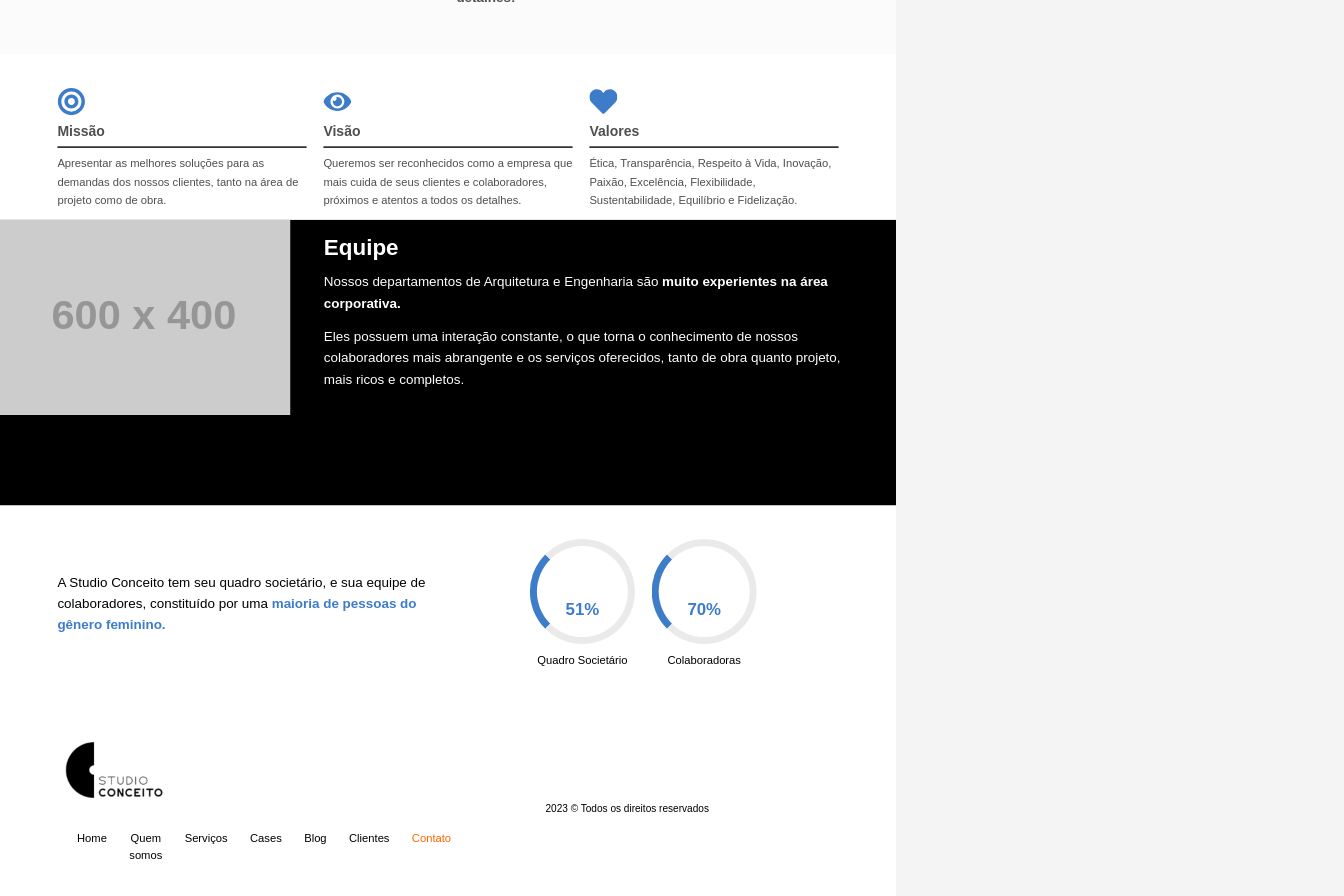
Repository: Upstairs-Agencia/studio-conceito-react
Page: /quem-somos
These files come from the project's save history. The page is drawn as it stood at one moment and after the next save; the edit follows.
The browser window is 1280 px wide. The page is 1920 px wide, so the pictures cover 1920 px, including what lies to the right of the window. The pictures show the part of the page from y = 2083 to 3363 px (the page is 3363 px tall), at 70% of full size.
The project was rebuilt for these pictures with package versions that can differ from the ones it lists, and the page was loaded fresh each time. Also part of the build but not shown: src/pages/Home.js, src/pages/Servicos.js, src/styles/cases.css, src/pages/Cases.js, src/pages/Blog.js, src/pages/Clientes.js, src/pages/Contato.js.

Above is the page before, as saved 2024-12-29 12:49:35.

### public/index.html
<!DOCTYPE html>
<html lang="en">
  <head>
    <meta charset="utf-8" />
    <link rel="icon" href="%PUBLIC_URL%/favicon.ico" />
    <meta name="viewport" content="width=device-width, initial-scale=1" />
    <meta name="theme-color" content="#000000" />
    <meta
      name="description"
      content="Web site created using create-react-app"
    />
    <link rel="apple-touch-icon" href="%PUBLIC_URL%/logo192.png" />
    <!--
      manifest.json provides metadata used when your web app is installed on a
      user's mobile device or desktop. See https://developers.google.com/web/fundamentals/web-app-manifest/
    -->
    <link rel="manifest" href="%PUBLIC_URL%/manifest.json" />
    <!--
      Notice the use of %PUBLIC_URL% in the tags above.
      It will be replaced with the URL of the `public` folder during the build.
      Only files inside the `public` folder can be referenced from the HTML.

      Unlike "/favicon.ico" or "favicon.ico", "%PUBLIC_URL%/favicon.ico" will
      work correctly both with client-side routing and a non-root public URL.
      Learn how to configure a non-root public URL by running `npm run build`.
    -->
    <title>Studio Conceito</title>
  </head>
  <body>
    <noscript>You need to enable JavaScript to run this app.</noscript>
    <div id="root"></div>
    <!--
      This HTML file is a template.
      If you open it directly in the browser, you will see an empty page.

      You can add webfonts, meta tags, or analytics to this file.
      The build step will place the bundled scripts into the <body> tag.

      To begin the development, run `npm start` or `yarn start`.
      To create a production bundle, use `npm run build` or `yarn build`.
    -->
  </body>
</html>

### src/index.js

import React from 'react';
import ReactDOM from 'react-dom';
import App from './App';
import 'mdb-react-ui-kit/dist/css/mdb.min.css'; // MDB styles
import './index.css'; // Global styles

ReactDOM.render(
  <React.StrictMode>
    <App />
  </React.StrictMode>,
  document.getElementById('root')
);

### src/App.js

import React from 'react';
import { BrowserRouter as Router, Routes, Route } from 'react-router-dom';
import Home from './pages/Home';
import QuemSomos from './pages/QuemSomos';
import Servicos from './pages/Servicos';
import Cases from './pages/Cases';
import Blog from './pages/Blog';
import Clientes from './pages/Clientes';
import Contato from './pages/Contato';

function App() {
  return (
    <Router>
      <Routes>
        <Route path="/" element={<Home />} />
        <Route path="/quem-somos" element={<QuemSomos />} />
        <Route path="/servicos" element={<Servicos />} />
        <Route path="/cases" element={<Cases />} />
        <Route path="/blog" element={<Blog />} />
        <Route path="/clientes" element={<Clientes />} />
        <Route path="/contato" element={<Contato />} />
      </Routes>
    </Router>
  );
}

export default App;

### src/index.css

body {
  margin: 0;
  font-family: Arial, sans-serif;
  background-color: #f4f4f4;
}

### src/pages/QuemSomos.js
import React from "react";
import Navbar from "../components/navbar"; // Importando o componente Navbar
import { MDBContainer, MDBRow, MDBCol } from "mdb-react-ui-kit";
import { FaBullseye, FaEye, FaHeart } from "react-icons/fa";

import Footer from "../components/footer";
import "../styles/quemsomos.css";

export default function QuemSomos() {
  return (
    <>
      {/* Navbar */}
      <Navbar />

      {/* Seção de cabeçalho do quem somos */}
      <section className="bg-black text-white py-5">
        <MDBContainer>
          <MDBRow className="align-items-center">
            <MDBCol md="6">
              <h1 className="fw-bold">Quem somos</h1>
            </MDBCol>
            <MDBCol md="6" className="text-end">
              <img
                src="https://placehold.co/200x150" // Imagem maior para seguir o padrão original
                alt="Padrão gráfico"
                style={{ maxWidth: "200px", marginRight: "4rem" }}
              />
            </MDBCol>
          </MDBRow>
        </MDBContainer>
      </section>

      {/* Quem Somos Section */}
      <section className="py-5 ">
        <MDBContainer>
          <MDBRow className="align-items-center">
            <MDBCol md="6">
              <img
                src="https://via.placeholder.com/600x400"
                alt="Studio Conceito"
                className="img-fluid"
              />
            </MDBCol>
            <MDBCol md="6">
              <h2 className="fw-bold mb-4">Studio Conceito</h2>
              <p>
                A Studio Conceito Arquitetura foi{" "}
                <strong>fundada em 2009</strong> e conta com uma equipe
                altamente capacitada e com grande experiência na área
                corporativa.
              </p>
              <p>
                O <strong>Atendimento Personalizado</strong> é o grande foco de
                nossa empresa, visando sempre garantir a satisfação e a
                consequente fidelização de nossos clientes.
              </p>
            </MDBCol>
          </MDBRow>
        </MDBContainer>
        <img
          src="https://via.placeholder.com/1920x200"
          alt="Studio Conceito"
          className="imagemfundo"
        />
      </section>

      {/* Sócios Section */}
      <section className="py-5 socios text-white">
        <MDBContainer>
          <h1 className="text-left titulosocios fw-bold mb-5">Sócios</h1>
          <MDBRow className="text-center">
            <MDBCol md="6" className="mb-4">
              <div className="team-member">
                <img
                  src="https://via.placeholder.com/400x400"
                  alt="Arq. Cristina Castilho"
                  className="img-fluid mb-2"
                />
                <h4 className="fw-bold">Arq. Cristina Castilho</h4>
                <p>CEO | Sócia fundadora</p>
              </div>
            </MDBCol>
            <MDBCol md="6" className="mb-4">
              <div className="team-member">
                <img
                  src="https://via.placeholder.com/400x400"
                  alt="Arq. Gabriel Castilho"
                  className="img-fluid mb-2"
                />
                <h4 className="fw-bold">Arq. Gabriel Castilho</h4>
                <p>COO | Sócio fundador</p>
              </div>
            </MDBCol>
          </MDBRow>
        </MDBContainer>
      </section>

      {/* Atendemos em todo Brasil Section */}
      <section className="py-5 bg-light">
        <MDBContainer>
          <MDBRow className="align-items-center">
            <MDBCol md="6" className="title-container">
              <h1 className="atendemos-title">Atendemos</h1>
              <h1 className="brasil-title">em todo Brasil</h1>
            </MDBCol>
            <MDBCol md="6">
              <p className="text-large">
                Com uma equipe multidisciplinar e altamente capacitada, composta
                por arquitetos, engenheiros e designers, apresentamos as
                melhores soluções para as demandas de nossos clientes, tanto na
                área de <span className="fw-bold">projeto</span> como de{" "}
                <span className="fw-bold">obra</span>.
              </p>
              <p className="text-large">
                Adequamos nossos times às necessidades de cada solicitação,
                sejam elas projetos, gerenciamento e execução de obra. Do início
                ao fim, ficamos ao lado do cliente{" "}
                <span className="fw-bold">cuidando de todos os detalhes!</span>
              </p>
            </MDBCol>
          </MDBRow>
        </MDBContainer>
      </section>

      {/* Missão, Visão e Valores Section */}
      <section className="py-5 bg-white">
        <MDBContainer>
          <MDBRow className="text-center mission-row">
            <MDBCol md="4" className="mission-col">
              <div className="icon-container">
                <FaBullseye size={40} color="#3d7cc9" />
              </div>
              <h5 className="fw-bold">Missão</h5>
              <div className="divider"></div>
              <p>
                Apresentar as melhores soluções para as demandas dos nossos
                clientes, tanto na área de projeto como de obra.
              </p>
            </MDBCol>
            <MDBCol md="4" className="mission-col">
              <div className="icon-container">
                <FaEye size={40} color="#3d7cc9" />
              </div>
              <h5 className="fw-bold">Visão</h5>
              <div className="divider"></div>
              <p>
                Queremos ser reconhecidos como a empresa que mais cuida de seus
                clientes e colaboradores, próximos e atentos a todos os
                detalhes.
              </p>
            </MDBCol>
            <MDBCol md="4" className="mission-col">
              <div className="icon-container">
                <FaHeart size={40} color="#3d7cc9" />
              </div>
              <h5 className="fw-bold">Valores</h5>
              <div className="divider"></div>
              <p>
                Ética, Transparência, Respeito à Vida, Inovação, Paixão,
                Excelência, Flexibilidade, Sustentabilidade, Equilíbrio e
                Fidelização.
              </p>
            </MDBCol>
          </MDBRow>
        </MDBContainer>

        {/* Equipe Section */}
        <section className="equipe-section">
          <MDBContainer fluid className="d-flex align-items-center">
            <MDBCol md="4" className="p-0">
              <img
                src="https://via.placeholder.com/600x400"
                alt="Equipe"
                className="img-fluid equipe-image"
              />
            </MDBCol>
            <MDBCol
              md="8"
              className="d-flex flex-column justify-content-center equipe-text"
            >
              <h2 className="fw-bold text-left mb-3">Equipe</h2>
              <p className="text-left">
                Nossos departamentos de Arquitetura e Engenharia são{" "}
                <strong>muito experientes na área corporativa.</strong>
              </p>
              <p className="text-left">
                Eles possuem uma interação constante, o que torna o conhecimento
                de nossos colaboradores mais abrangente e os serviços
                oferecidos, tanto de obra quanto projeto, mais ricos e
                completos.
              </p>
            </MDBCol>
          </MDBContainer>
        </section>

        {/* Diversidade Section */}
        <section className="diversidade-section">
          <MDBContainer className="d-flex align-items-center justify-content-between">
            <MDBCol md="6" className="d-flex flex-column diversidade-text">
              <p className="text-left">
                A Studio Conceito tem seu quadro societário, e sua equipe de
                colaboradores, constituído por uma{" "}
                <span className="destaque">
                  maioria de pessoas do gênero feminino.
                </span>
              </p>
            </MDBCol>
            <MDBCol md="6" className="d-flex justify-content-center gap-4">
              {/* Gráfico Quadro Societário */}
              <div className="grafico-container">
                <div className="grafico"></div>
                <span className="grafico-percentual">51%</span>
                <p className="grafico-label">Quadro Societário</p>
              </div>

              {/* Gráfico Colaboradoras */}
              <div className="grafico-container">
                <div className="grafico"></div>
                <span className="grafico-percentual">70%</span>
                <p className="grafico-label">Colaboradoras</p>
              </div>
            </MDBCol>
          </MDBContainer>
        </section>

        <Footer />
      </section>
    </>
  );
}

### src/components/navbar.js
import React, { useState } from "react";

import Logo from "../images/logoBlack.png";

import {
  MDBNavbar,
  MDBNavbarBrand,
  MDBContainer,
} from "mdb-react-ui-kit";
import { FaLinkedin, FaInstagram, FaPinterest, FaBars } from "react-icons/fa";
import { IoIosClose } from "react-icons/io";
import { Link } from "react-router-dom";

import SeloGptw from "../images/selo-gptw.png";

const Navbar = () => {
  const [showMenu, setShowMenu] = useState(false);

  return (
    <>
      {/* Navbar */}
      <MDBNavbar dark bgColor="white" className="py-4 px-5">
        <MDBContainer fluid className="d-flex justify-content-between align-items-center">
          {/* Logo */}
          <MDBNavbarBrand href="#" className="ms-5">
            <img
              src={Logo}
              alt="Logo"
              style={{ maxHeight: "90px", marginLeft: "12vw"}}
            />
          </MDBNavbarBrand>

          {/* Social Icons and Menu Toggle */}
          <div className="d-flex align-items-center">
            {/* Social Icons */}
            <div className="d-flex gap-3 me-3">
              <button className="btn btn-light rounded-circle p-2">
                <FaLinkedin size={30} />
              </button>
              <button className="btn btn-light rounded-circle p-2">
                <FaInstagram size={30} />
              </button>
              <button className="btn btn-light rounded-circle p-2">
                <FaPinterest size={30} />
              </button>
            </div>

            {/* FaBars Icon for Sidebar */}
            <button
              className="btn rounded-circle p-2"
              style={{
                background: "none",
                border: "none",
                cursor: "pointer",
              }}
              onClick={() => setShowMenu(!showMenu)}
            >
              <FaBars size={20} color="black" />
            </button>
          </div>
        </MDBContainer>
      </MDBNavbar>

      {/* Sidebar Menu */}
      {showMenu && (
        <div
          className="position-fixed top-0 end-0 bg-white vh-100 vw-350 shadow-lg d-flex flex-column"
          style={{ zIndex: 1050, width: "500px" }}
        >
          <div className="d-flex justify-content-end p-3">
            {/* Close Button */}
            <button
              className="p-0"
              style={{
                background: "none",
                border: "none",
                cursor: "pointer",
              }}
              onClick={() => setShowMenu(false)}
            >
              <IoIosClose size={40} />
            </button>
          </div>





          <div className="p-4 flex-grow-1">
            {/* Menu Items */}
            <ul className="list-unstyled">
              {[
                { label: "Home", link: "/" },
                { label: "Quem somos", link: "/quem-somos" },
                { label: "Serviços", link: "/servicos" },
                { label: "Cases", link: "/cases" },
                { label: "Blog", link: "/blog" },
                { label: "Clientes", link: "/clientes" },
                { label: "Contato", link: "/contato" },
              ].map((item, index) => (
                <li key={index} className="py-2">
                  <Link
                    to={item.link}
                    className="text-decoration-none fs-6"
                    style={{
                      transition: "all 0.3s ease-in-out", // Transição suave
                      color:"black"
                    }}
                    onMouseOver={(e) => {
                      e.currentTarget.style.color = "#FF7F30"; // Altera a cor
                      e.currentTarget.style.fontWeight = "bold"; // Negrito
                    }}
                    onMouseOut={(e) => {
                      e.currentTarget.style.color = "black"; // Retorna à cor original
                      e.currentTarget.style.fontWeight = "normal"; // Retira o negrito
                    }}
                  >
                    {item.label}
                  </Link>
                </li>
              ))}
            </ul>
          </div>



          {/* Footer Section */}
          <div className="d-flex justify-content-between align-items-center px-4 pb-4">
            {/* Social Icons */}
            <div className="d-flex gap-3">
              <button className="btn btn-dark rounded-circle p-2">
                <FaLinkedin size={20} color="white" />
              </button>
              <button className="btn btn-dark rounded-circle p-2">
                <FaInstagram size={20} color="white" />
              </button>
              <button className="btn btn-dark rounded-circle p-2">
                <FaPinterest size={20} color="white" />
              </button>
            </div>

            {/* Placeholder Image */}
            <img
              src={SeloGptw}
              alt="Great Place to Work"
              style={{ maxHeight: "200px", marginBottom: "4rem" }}
            />
          </div>
        </div>
      )}
    </>
  );
};

export default Navbar;

### src/components/footer.js
import React from "react";
import { MDBFooter, MDBContainer, MDBRow, MDBCol } from "mdb-react-ui-kit";
import Logo from "../images/logoBlack.png";
import "../styles/footer.css";

const Footer = () => {
  return (
    <MDBFooter className="footer-container text-center text-white">
      <MDBContainer className="p-4 footer-content">

        <MDBRow className="content-signature">
            {/* Logo e Nome */}
            <MDBCol md="4" className="mb-4 footer-left">
                <img
                    src={Logo}
                    alt="Studio Conceito Logo"
                    className="footer-logo"
                />

                {/* Navegação */}
                <MDBCol md="4" className="mb-3 footer-center">
                    <nav className="footer-nav">
                        <a href="/">Home</a>
                        <a href="/quem-somos"> Quem somos </a>
                        <a href="/servicos">Serviços</a>
                        <a href="/cases">Cases</a>
                        <a href="/blog">Blog</a>
                        <a href="/clientes">Clientes</a>
                        <a href="/contato" className="footerHighlight">
                            Contato
                        </a>
                    </nav>
                </MDBCol>

            </MDBCol>

            {/* Direitos Reservados */}
            <MDBCol md="4" className="mb-4 footer-right">
                <p className="mb-0">2023 &copy; Todos os direitos reservados</p>
            </MDBCol>

        </MDBRow>



      </MDBContainer>
    </MDBFooter>
  );
};

export default Footer;

### src/styles/quemsomos.css
.socios{
    background-color: #000;
}

.titulosocios{
    margin-left: 7rem;
}

/* Título: Atendemos em todo Brasil */
.title-container {
    text-align: left;
  }

  .atendemos-title {
    font-size: 2.5rem;
    font-weight: normal;
    color: #000;
  }

  .brasil-title {
    font-size: 2.5rem;
    font-weight: bold;
    color: #000;
    margin-top: -10px; /* Para aproximar os textos */
  }

  /* Texto em letras maiores */
  .text-large {
    font-size: 1.2rem;
    line-height: 1.8;
    text-align: left;
  }

  /* Missão, Visão e Valores */
  .mission-row {
    justify-content: space-between;
  }

  .mission-col {
    text-align: left;
    max-width: 400px;
  }

  .icon-container {
    margin-bottom: 10px;
  }

  .divider {
    width: 100%;
    height: 2px;
    background-color: #000;
    margin: 10px auto;
  }

  /* Equipe Section */
.equipe-section {
    background-color: #000;
    color: #fff;
    height: 408px;
  }

  .equipe-image {
    object-fit: cover;
    height: 100%;
    width: 100%;
    margin-left: -1rem;
  }

  .equipe-text {
    padding: 0 2rem;
  }

  .equipe-text h2 {
    font-size: 2rem;
  }

  .equipe-text p {
    font-size: 1.2rem;
  }

  /* Diversidade Section */
  .diversidade-section {
    background-color: #fff;
    color: #000;
    padding: 3rem 0;
  }

  .diversidade-text p {
    font-size: 1.2rem;
  }

  .diversidade-text .destaque {
    color: #3d7cc9;
    font-weight: bold;
  }

  /* Gráficos */
  .grafico-container {
    position: relative;
    text-align: center;
  }

  .grafico {
    width: 150px;
    height: 150px;
    border-radius: 50%;
    border: 10px solid #eaeaea;
    border-top: 10px solid #3d7cc9;
    transform: rotate(-90deg);
    margin: 0 auto;
  }

  .grafico-percentual {
    position: absolute;
    top: 50%;
    left: 50%;
    transform: translate(-50%, -50%);
    color: #3d7cc9;
    font-weight: bold;
    font-size: 1.5rem;
  }

  .grafico-label {
    margin-top: 10px;
    font-size: 1rem;
  }


  /* Responsividade */
  @media (max-width: 768px) {
    .atendemos-title,
    .brasil-title {
      font-size: 2rem;
    }

    .text-large {
      font-size: 1rem;
    }

    .mission-col {
      max-width: 100%;
    }
  }

### src/styles/footer.css
.footer-container {
    background-color: white;
    height: 25vh !important; /* Ocupa 30% da altura da tela */
    display: flex;
    justify-content: center;
    align-items: center;
    color: black;
    font-family: Arial, sans-serif;
    margin: 1rem 0;
  }

  .footer-content {
    height: 100%; /* Garante que o conteúdo ocupe toda a altura do footer */
  }

  .content-signature{
    display: flex;
    flex-direction: row;
  }

  .footer-left {
    display: flex;
    flex-direction: column;
  }

  .footer-logo {
    max-width: 40%; /* Aumenta a imagem para 40% de seu tamanho */
    margin-bottom: 10px;
  }


  .footer-center {
    text-align: center;
    margin: 2rem 0;
  }

  .footer-nav{
    display: flex;
    flex-direction: row;
    justify-content: space-around;
    width:35vw;

  }

  .footerHighlight {
    color: #ff6600 !important;
  }

  .footer-nav a {
    margin: 1px 1rem;
    text-decoration: none;
    color: #000;
    font-size: 1rem;
    transition: color 0.3s ease;
  }

  .footer-nav a:hover {
    color: #ff6600;
  }



  .footer-right {
    text-align: center;
    display: flex;
    justify-content: center;
    align-items: center;
    margin-left: 20vw;
    font-size: 0.9rem;
    color: #000;
  }

After the next save:
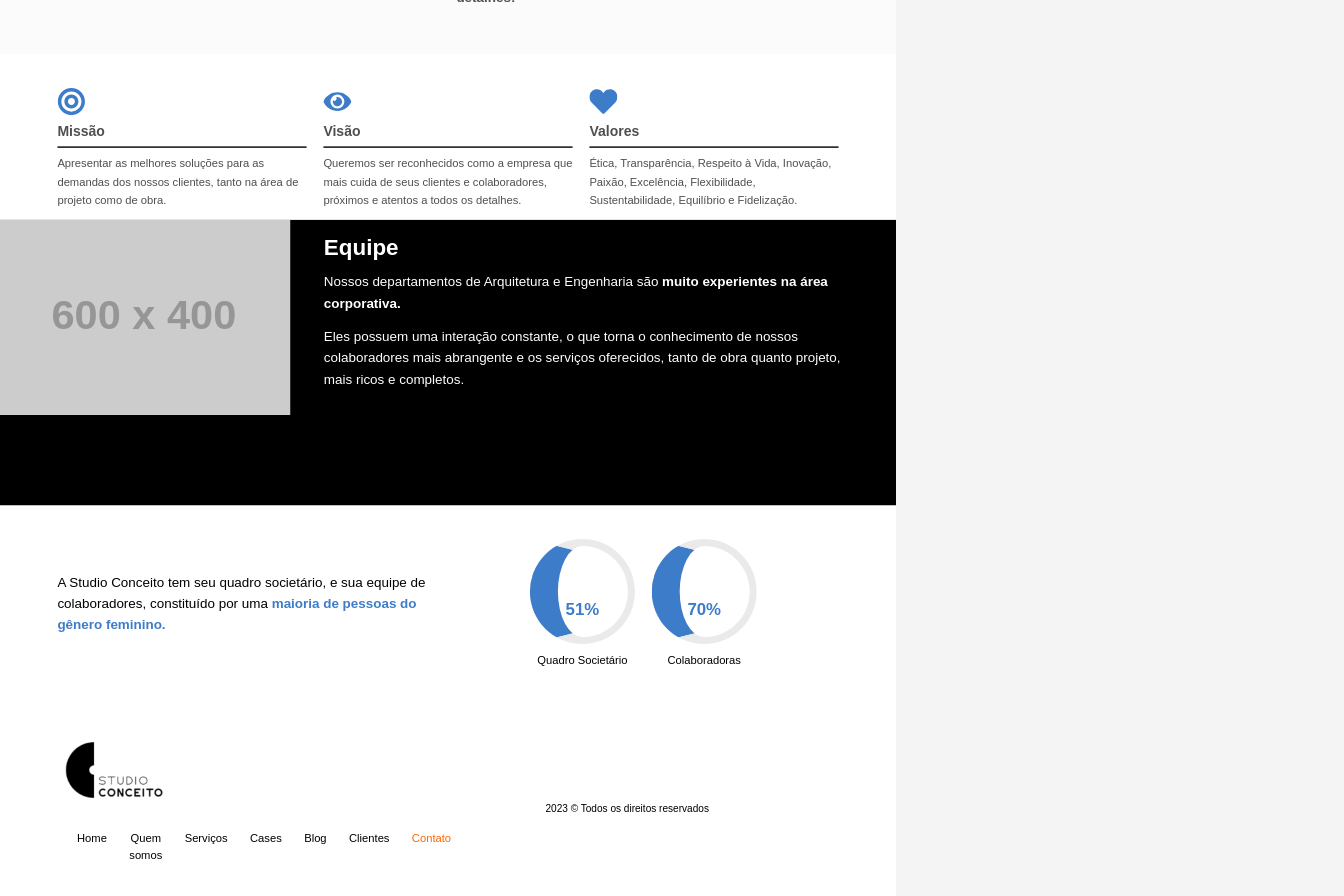
Saved 21 s later.
--- a/src/styles/quemsomos.css
+++ b/src/styles/quemsomos.css
@@ -105,7 +105,7 @@
     height: 150px;
     border-radius: 50%;
     border: 10px solid #eaeaea;
-    border-top: 10px solid #3d7cc9;
+    border-top: 40px solid #3d7cc9;
     transform: rotate(-90deg);
     margin: 0 auto;
   }
